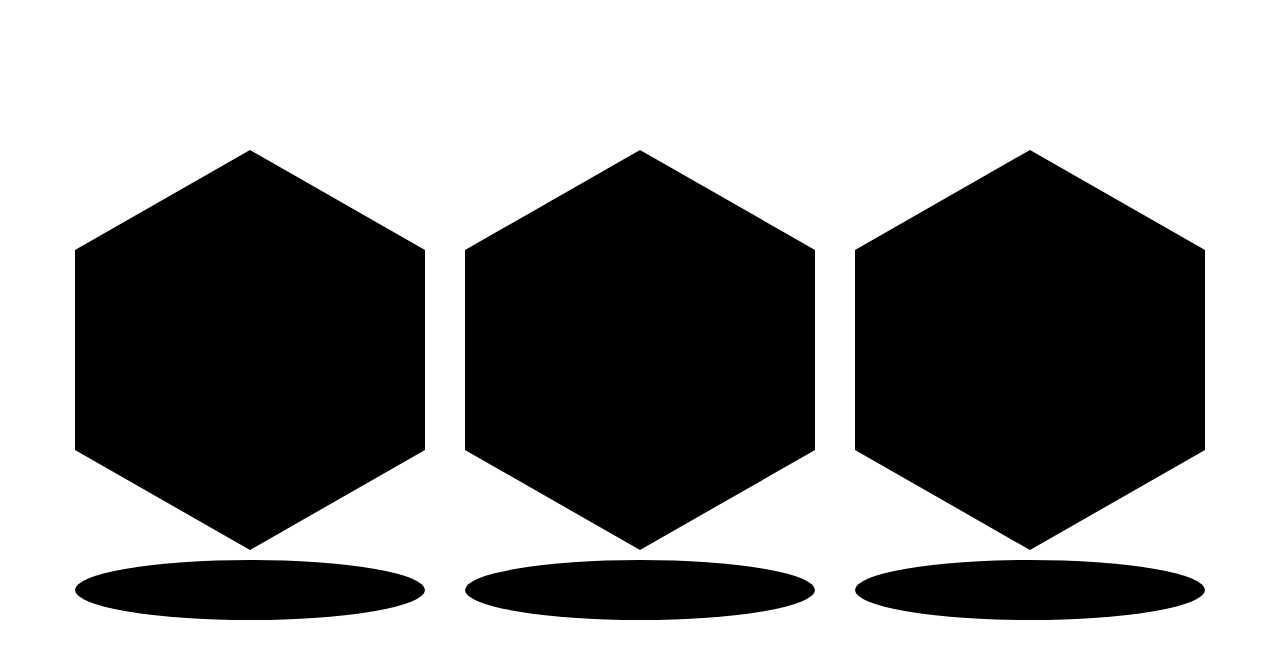
Repository: honghyunAhn/DailyFront
Page: Day210211_CSS_Hexagon_Div_Hover_Effects/index.html
An editor plug-in stored every save of this project. The page is shown before and after the next save, followed by the edit.
The browser window is 1280 px wide. The pictures show the whole page.
The pointer rests on the first visible `.container .hexagon`.

Above is the page before, as saved 2021-02-12 22:46:32.

### Day210211_CSS_Hexagon_Div_Hover_Effects/index.html
<!DOCTYPE html>
<html lang="en">
<head>
    <meta charset="UTF-8">
    <meta http-equiv="X-UA-Compatible" content="IE=edge">
    <meta name="viewport" content="width=device-width, initial-scale=1.0">
    <title>CSS Hexagon Div Hover Effects</title>
    <link rel="stylesheet" href="style.css">
</head>
<body>
    <div class="container">
        <div class="hexagon">
            <div class="shape"></div>
        </div>
        <div class="hexagon">
            <div class="shape"></div>
        </div>
        <div class="hexagon">
            <div class="shape"></div>
        </div>
    </div>
</body>
</html>

### Day210211_CSS_Hexagon_Div_Hover_Effects/style.css
@import url("https://fonts.googleapis.com/css?family=Poppins:200,300,400,500,600,700,800,900&display=swap");
* {
  margin: 0;
  padding: 0;
  box-sizing: border-box;
  font-family: "Poppins" sans-serif;
}
body {
  display: flex;
  justify-content: center;
  align-items: center;
  min-height: 100vh;
}
.container {
  position: relative;
  display: flex;
  justify-content: center;
  align-items: center;
  flex-wrap: wrap;
}
.container .hexagon {
  position: relative;
  width: 350px;
  height: 400px;
  margin: 50px 20px 70px;
}
.container .hexagon::before {
  content: "";
  position: absolute;
  bottom: -70px;
  width: 100%;
  height: 60px;
  background: #000;
  border-radius: 50%;
  transition: 0.5s;
}
.container .hexagon .shape {
  position: absolute;
  top: 0;
  left: 0;
  width: 100%;
  height: 100%;
  background: #000;
  clip-path: polygon(0 25%, 50% 0, 100% 25%, 100% 75%, 50% 100%, 0 75%);
}

After the next save:
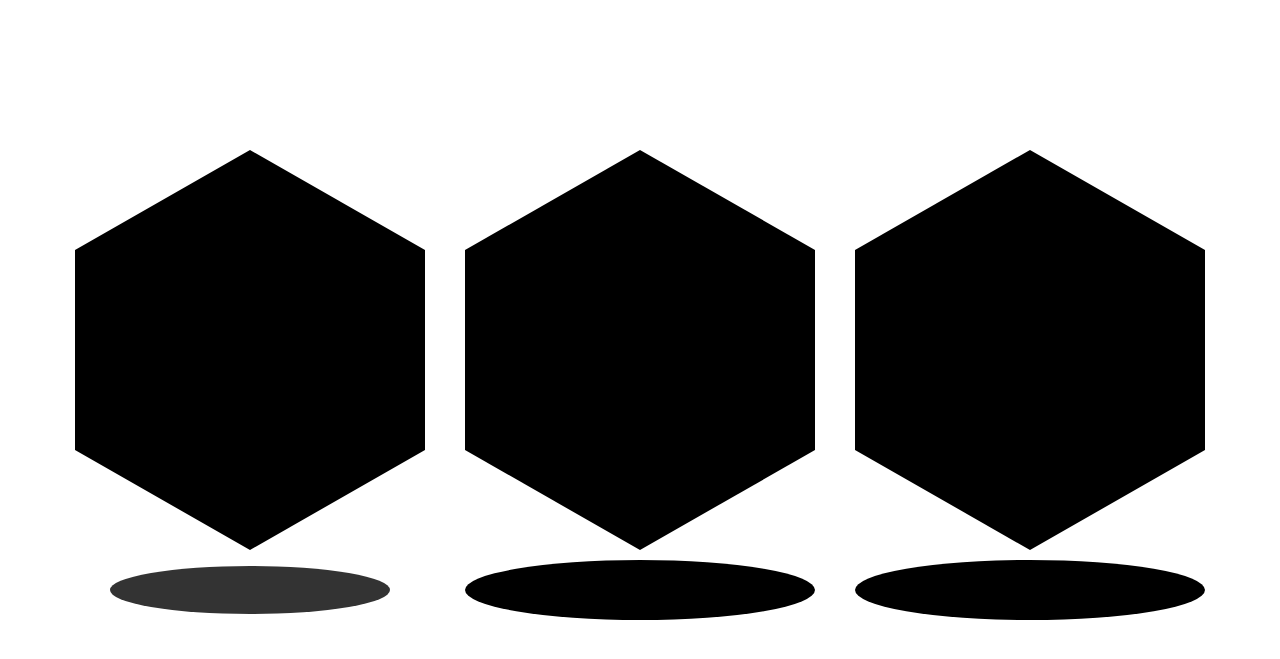
Saved 106 s later.
--- a/Day210211_CSS_Hexagon_Div_Hover_Effects/style.css
+++ b/Day210211_CSS_Hexagon_Div_Hover_Effects/style.css
@@ -34,6 +34,10 @@ body {
   border-radius: 50%;
   transition: 0.5s;
 }
+.container .hexagon:hover::before {
+  opacity: 0.8;
+  transform: scale(0.8);
+}
 .container .hexagon .shape {
   position: absolute;
   top: 0;
